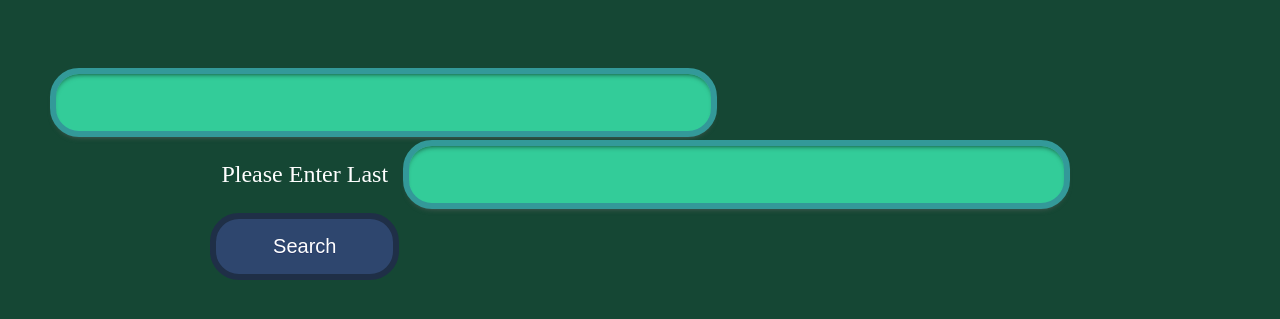
Repository: prajaktamore/Web-Based-Programming-3
Page: http://localhost/BinaryCalculator/AdminFunctionLogin.jsp
An editor plug-in stored every save of this project. The page is shown before and after the next save, followed by the edit.
The browser window is 1280 px wide. The pictures show the whole page.
The page is served by Tomcat 9.

Above is the page before, as saved 2014-05-04 03:23:08.

After the next save:
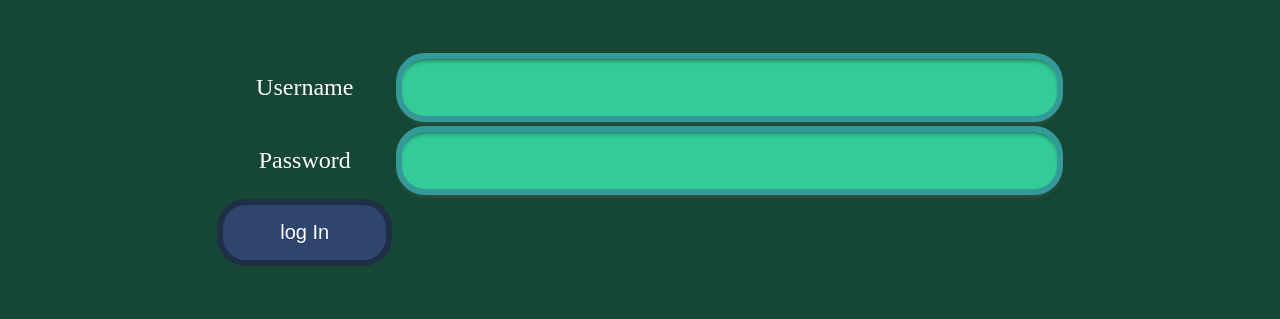
Saved 79 s later.
--- a/BinaryCalculator/WebContent/AdminFunctionLogin.jsp
+++ b/BinaryCalculator/WebContent/AdminFunctionLogin.jsp
@@ -4,24 +4,25 @@
 <html>
 <head>
 <meta http-equiv="Content-Type" content="text/html; charset=ISO-8859-1">
-<title>Please Verify Login</title>
+<title>Login</title>
 <link href="more.css" rel="stylesheet" type="text/css" />
-
 </head>
 <body>
 <form method="POST" action="SubmitAdmin">
-<br><input type="text" readonly="readonly" name="username" id="username" value="${sessionScope.username}" style ="background: #33CC99; height:55px; width: 600px;text-align:right;font-size:35px; border-radius: 2em; border:6px solid #339999;border-radius:29px; color: #fff; padding-left: 1.5em; outline: none; box-shadow: 0 4px 6px -5px hsl(0, 0%, 40%), inset 0px 4px 6px -5px hsl(0, 0%, 2%)" >
-
   <table width="page" align="center" >
-
 					<tr>
-					  <td height="40" align="center"> <label style="color:#ffffff;font-size:24px" >Please Enter Last</label> </td>
-             			 <td align="center"> <input id="lastname" name="lastname" type="text" style ="background: #33CC99; height:55px; width: 600px;text-align:right;font-size:35px; border-radius: 2em; border:6px solid #339999;border-radius:29px; color: #fff; padding-left: 1.5em; outline: none; box-shadow: 0 4px 6px -5px hsl(0, 0%, 40%), inset 0px 4px 6px -5px hsl(0, 0%, 2%)"/></td>
+					  <td height="40" align="center"> <label style="color:#ffffff;font-size:24px" >Username</label> </td>
+             			 <td align="center"> <input id="username" name="username" type="text" style ="background: #33CC99; height:55px; width: 600px;text-align:right;font-size:35px; border-radius: 2em; border:6px solid #339999;border-radius:29px; color: #fff; padding-left: 1.5em; outline: none; box-shadow: 0 4px 6px -5px hsl(0, 0%, 40%), inset 0px 4px 6px -5px hsl(0, 0%, 2%)"/></td>
+ 					</tr>
+					<tr>
+					  <td height="38" align="center"> <label style="color:#FFFFFF;font-size:24px;">Password</label> </td>
+             			 <td align="center"><input id="password" name="password" type="password" style ="background: #33CC99; height:55px; width: 600px;text-align:right;font-size:35px; border-radius: 2em; border:6px solid #339999;border-radius:29px; color: #fff; padding-left: 1.5em; outline: none; box-shadow: 0 4px 6px -5px hsl(0, 0%, 40%), inset 0px 4px 6px -5px hsl(0, 0%, 2%)" /></td>
  					</tr>
   					<tr>
-						<td align="center"><input type="submit" name="Search" value="Search" style="background-color: #2e466e; color: #ffff; border-radius: 10px;border:6px solid #1f2f47;border-radius:29px;padding:16px 57px;text-shadow:0px 1px 0px #263666;font-size:20px;">
+						<td align="center"><input type="submit" name="log" value="log In" style="background-color: #2e466e; color: #ffff; border-radius: 10px;border:6px solid #1f2f47;border-radius:29px;padding:16px 57px;text-shadow:0px 1px 0px #263666;font-size:20px;">
 					</tr>
- </table>
- </form>
+  </table>
+</form>
+
 </body>
 </html>
